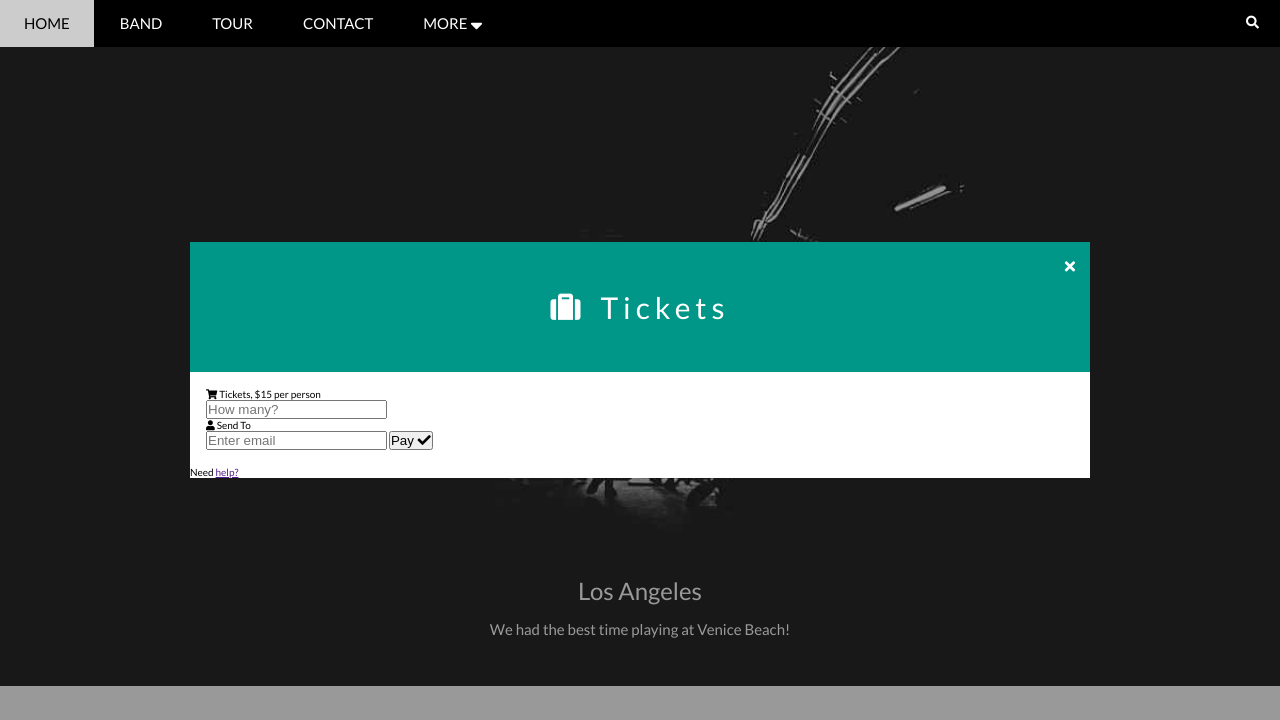
Repository: nguyenthaicong265/w3-band
Page: index.html
An editor plug-in stored every save of this project. The page is shown before and after the next save, followed by the edit.
The browser window is 1280 px wide. The pictures show the window.
A layer covers the whole window, so only the first screen is drawn.

Above is the page before, as saved 2022-01-03 11:57:18.

### index.html
<!DOCTYPE html>
<html lang="en">
<head>
    <meta charset="UTF-8">
    <meta http-equiv="X-UA-Compatible" content="IE=edge">
    <meta name="viewport" content="width=device-width, initial-scale=1.0">
    <title>Document</title>
    <link rel="stylesheet" href="./assets/css/styles.css">
    <link rel="stylesheet" href="https://fonts.googleapis.com/css?family=Lato">
    <link rel="stylesheet" href="./assets/font/themify-icons-font/themify-icons/themify-icons.css">
    <link rel="stylesheet" href="./assets/font/fontawesome-free-5.15.4-web/css/all.css">
</head>
<body>
    <div id="main">
        <div id="header">
            <ul id="nav">
                <li><a href="">Home</a></li>
                <li><a href="">Band</a></li>
                <li><a href="">Tour</a></li>
                <li><a href="">Contact</a></li>
                <li>
                    <a href="#">
                        More
                        <i class="fas fa-sort-down"></i>
                    </a>
                    <ul class="subnav">
                        <li><a href="#">Merchandise</a></li>
                        <li><a href="#">Extras</a></li>
                        <li><a href="#">Media</a></li>
                    </ul>
                </li>
            </ul>
            <div class="search-button">
                <i class="fas fa-search text-white"></i>
            </div>
        </div>

        <div id="slider">
            <div class="text-content text-white">
                <h2 class="text-head">Los Angeles
                </h2>
                <div class="text-description">We had the best time playing at Venice Beach!
                </div>
            </div>
        </div>

        <div id="content">
            <!-- About-section -->
            <div class="band-section">
                <div class="content-section">
                    <h2 class="section-heading">
                    THE BAND
                    </h2>
                    <p class="section-sub-heading">
                    We love music
                    </p>
                    <p class="about-text">We have created a fictional band website. Lorem ipsum dolor sit amet, consectetur adipiscing elit, sed do eiusmod tempor incididunt ut labore et dolore magna aliqua. Ut enim ad minim veniam, quis nostrud exercitation ullamco laboris nisi ut aliquip ex ea commodo consequat. Duis aute irure dolor in reprehenderit in voluptate velit esse cillum dolore eu fugiat nulla pariatur. Excepteur sint occaecat cupidatat non proident, sunt in culpa qui officia deserunt mollit anim id est laborum consectetur adipiscing elit, sed do eiusmod tempor incididunt ut labore et dolore magna aliqua. Ut enim ad minim veniam, quis nostrud exercitation ullamco laboris nisi ut aliquip ex ea commodo consequat.
                    </p>

                    <!-- Member -->
                    <div class="members-list">
                        <div class="member-item">
                            <p class="member-name">Name</p>
                            <img src="./assets/img/band/member1.jpg" alt="Name" class="member-avatar">
                        </div>

                        <div class="member-item">
                            <p class="member-name">Name</p>
                            <img src="./assets/img/band/member1.jpg" alt="Name" class="member-avatar">
                        </div>

                        <div class="member-item">
                            <p class="member-name">Name</p>
                            <img src="./assets/img/band/member1.jpg" alt="Name" class="member-avatar">
                        </div>
                    </div>
                </div>
            </div>

            <!-- Tour-section -->
            <div class="tour-section">
                <div class="content-section">
                    <h2 class="section-heading text-white">
                    TOUR DATES
                    </h2>
                    <p class="section-sub-heading text-white">
                    Remember to book your tickets!
                    </p>

                    <!-- Tickets  -->
                    <ul class="tickets-list">
                        <li>September <span class="sold-out text-white">Sold out</span></li>
                        <li>October <span class="sold-out text-white">Sold out</span></li>
                        <li>November <span class="quantity text-white">3</span></li>
                    </ul>

                    <!-- Places -->
                    <div class="places-list">
                        <div class="places-item">
                            <img src="./assets/img/places/newyork.jpg" alt="New York" class="place-img">
                            <div class="place-body">
                                <h3 class="place-heading">
                                    New York
                                </h3>
                                <p class="place-time">
                                    Fri 27 Nov 2016
                                </p>
                                <p class="place-dsc">
                                    Praesent tincidunt sed tellus ut rutrum sed vitae justo.
                                </p>
                                <a href="#" class="place-buy-ticket">Buy Tickets</a>
                            </div>
                        </div>

                        <div class="places-item">
                            <img src="./assets/img/places/paris.jpg" alt="Paris" class="place-img">
                            <div class="place-body">
                                <h3 class="place-heading">
                                    Paris
                                </h3>
                                <p class="place-time">
                                    Sat 28 Nov 2016
                                </p>
                                <p class="place-dsc">
                                    Praesent tincidunt sed tellus ut rutrum sed vitae justo.
                                </p>
                                <a href="#" class="place-buy-ticket">Buy Tickets</a>
                            </div>
                        </div>

                        <div class="places-item">
                            <img src="./assets/img/places/sanfran.jpg" alt="San Francisco" class="place-img">
                            <div class="place-body">
                                <h3 class="place-heading">
                                    San Francisco
                                </h3>
                                <p class="place-time">
                                    Sun 29 Nov 2016
                                </p>
                                <p class="place-dsc">
                                    Praesent tincidunt sed tellus ut rutrum sed vitae justo.
                                </p>
                                <a href="#" class="place-buy-ticket">Buy Tickets</a>
                            </div>
                        </div>
                    </div>
                </div>
            </div>

            <!-- Contact-section -->
            <div class="contact-section">
                <div class="content-section">
                    <h2 class="section-heading">
                    CONTACT</h2>
                    <p class="section-sub-heading">
                    Fan? Drop a note!</p>
                    <div class="contact-information">
                        <div class="contact-location">
                            <i class="fas fa-map-marker-alt"></i>
                            <p class="location">Chicago, US</p>
                        </div>
                        <div class="contact-phone">
                            <i class="fas fa-phone-alt"></i>
                            <p class="phone">Phone: +00 151515</p>
                        </div>
                        <div class="contact-email">
                            <i class="fas fa-envelope"></i>
                            <p class="email">Email: mail@mail.com</p>
                        </div>
                    </div>
                    <div class="fill-information">
                        <form action="" class="form-information">
                            <input type="text" class="fill-name" placeholder="Name" required name="Name">
                            <input type="text" class="fill-email" placeholder="Email" required name="Email">
                            <input type="text" class="fill-message" placeholder="Message"
                            required name="Message">
                            <button class="button-send" type="submit">SEND</button>
                        </form>
                    </div>
                </div>
            </div>
        </div>

        <div id="footer">

        </div>
    </div>
    <div class="modal">
         <div class="modal-contaner">
             <div class="modal-close">
                <i class="fas fa-times"></i>
             </div>

             <div class="modal-header text-white">
                <i class="fas fa-suitcase"></i> Tickets
             </div>

             <div class="modal-body">
                <label for="" class="modal-label">
                    <i class="fas fa-shopping-cart"></i>
                    Tickets, $15 per person
                 </label>
                 <input type="text" class="modal-input" placeholder="How many?">

                 <label for="" class="modal-label">
                    <i class="fas fa-user"></i>
                    Send To
                 </label>
                 <input type="text" class="modal-input" placeholder="Enter email">

                <button id="buy-ticket">
                    Pay
                    <i class="fas fa-check"></i>
                </button>
             </div>

             <div class="modal-footer">
                 <p class="modal-help">
                     Need <a href="">help?</a>
                 </p>
             </div>
         </div>
    </div>
</body>
</html>

### assets/css/styles.css
/* Reset CSS */
* {
    padding: 0;
    margin: 0;
    box-sizing: border-box;
}

html {
    font-family: "Lato", sans-serif;
    font-size: 62.5%;
}

.text-white {
    color: #ffff !important;
}

#main {

}

#header {
    position: fixed;
    top: 0;
    left: 0;
    right: 0;
    height: 46.5px;
    background-color: #000000;
    z-index: 1;
}

#header .search-button {
    float: right;
    padding: 0 21px;
}

#header .search-button:hover {
    cursor: pointer;
    background-color: #f44336!important;
}

#header .fa-search {
    font-size: 13px;
    line-height: 46px;
}

#nav, .subnav {
    display: inline-block;
    list-style-type: none;
}

#nav > li {
    display: inline-block;
}

#nav li {
    position: relative;
}

#nav > li > a {
    color: #ffffff;
    text-transform: uppercase;
}

#nav li a {
    text-decoration: none;
    line-height: 46.5px;
    padding: 0px 24px;
    font-size: 1.5rem;
    display: block;
}

#nav .fa-sort-down {
    font-size: 20px;
}

#nav li:hover .subnav {
    display: block;

}

#nav > li:hover > a,
#nav .subnav li:hover a {
    color: #000 !important;
    background-color: #ccc !important;
}

#nav .subnav {
    display: none;
    position: absolute;
    min-width: 160px;
    top: 46.5px;
    background-color: #ffffff;
    box-shadow: 0 0 10px rgba(0, 0, 0, 0.3);
}

#nav .subnav a {
    color: #000;
    padding: 0 12px;
    line-height: 38px;
}

#slider {
    position: relative;
    margin-top: 46px;
    padding-top: 50%;
    background: url(/assets/img/slider/slider1.jpg) top center / cover no-repeat;
}

#slider .text-content {
    position: absolute;
    bottom: 48px;
    width: 100%;
    text-align: center;
}

#slider .text-head {
    font-weight: 100;
    font-size: 24px;
    margin-bottom: 10px;
}
#slider .text-description {
    font-size: 15px;
    margin-top: 15px;
}

#content {
}

#content .content-section {
    width: 800px;
    padding: 64px 16px ;
    margin-left: auto;
    margin-right: auto;
}

#content .section-heading {
    font-size: 30px;
    font-weight: 400;
    letter-spacing: 4px;
    text-align: center;
}

#content .section-sub-heading {
    font-size: 15px;
    font-style: italic;
    text-align: center;
    opacity: 0.6;
    margin-top: 25px;
}

#content .about-text {
    text-align: justify;
    font-size: 15px;
    margin-top: 25px;
    line-height: 1.4;
}

#content .members-list {
    margin-top: 48px;
    overflow: hidden;
    padding-top: 32px !important;
    padding-bottom: 32px !important;
}

#content .member-item {
    float: left;
    width: 33.333333%;
    text-align: center;
}

#content .member-name {
    font-size: 15px;


}

#content .member-avatar {
    width: 60%;
    margin-top: 15px;
    border-radius: 4px;
}

.tour-section {
    background-color: #000;
    width: 100%;
}

.tickets-list {
    background-color: #ffffff;
    margin-top: 40px;
    list-style-type: none;
}

.tickets-list li {
    font-size: 15px;
    padding: 11px 16px;
    border-bottom: 1px solid #dddd;
    color: #757575;
}

.tickets-list .sold-out {
    background-color: #f44336!important;
    padding: 2px 7px;
    margin-left: 16px;
}

.tickets-list .quantity {
    float: right;
    width: 24px;
    height: 24px;
    background-color: #000;
    border-radius: 50%;
    line-height: 24px;
    text-align: center;
    margin-top: -3px;
}

.places-list {
    margin: 32px -8px 0px;
    overflow: hidden;
    padding-bottom: 48px;
}

.places-item {
    float: left;
    width: 33.33333%;
    padding: 0 8px;

}

.place-img {
    display: block;
    width: 100%;
}

.place-img:hover {
    opacity: 0.6;
}

.place-body {
    background-color: #ffff;
    padding: 16px;
}

.place-heading {
    font-size: 15px;
    font-weight: bolder;
    margin-bottom: 15px;
}

.place-time {
    font-size: 15px;
    opacity: 0.6;
    margin-bottom: 15px;
}

.place-dsc {
    font-size: 15px;
    margin-bottom: 15px;
}

.place-buy-ticket {
    display: inline-block;
    font-size: 15px;
    color: #ffff;
    background-color: #000;
    text-decoration: none;
    padding: 8px 16px;
    margin-top: 16px;
}

.place-buy-ticket:hover {
    color: #000;
    background-color: #ccc;
}

.contact-section {
    background-color: #fff;
    width: 100%;

}

.contact-information {
    float: left;
    width: 49.99999%;
    margin-bottom: 16px;
    overflow: hidden;
}

.fas {
    display: inline-block;
}

.contact-location {

}


.contact-phone {

}

.fill-information {
    width: 49.99999%;
}
#footer {

}

.modal {
    position: fixed;
    top: 0;
    right: 0;
    bottom: 0;
    left: 0;
    background: rgba(0, 0, 0, 0.4);
    display: flex;
    align-items: center;
    justify-content: center;
}

.modal-contaner {
    background: #fff;
    width: 900px;
    min-height: 200px;
    position: relative;
}

.modal-close {
    position: absolute;
    right: 0;
    top: 0;
    padding: 15px;
    cursor: pointer;
    color: #fff;
    font-size: 15px;
}

.modal-close:hover {
    background-color: #fff;
    color: #000;
}

.modal-header {
    background-color: #009688;
    height: 130px;
    display: flex;
    align-items: center;
    justify-content: center;
    font-size: 30px;
    letter-spacing: 5px;
}

.modal-header .fa-suitcase {
    margin-right: 15px;
}

.modal-body {
    padding: 16px;

}

.modal-body .modal-label {
    display: block;
}

Loaded but not shown: assets/font/themify-icons-font/themify-icons/themify-icons.css (common file); assets/font/fontawesome-free-5.15.4-web/css/all.css (library)

After the next save:
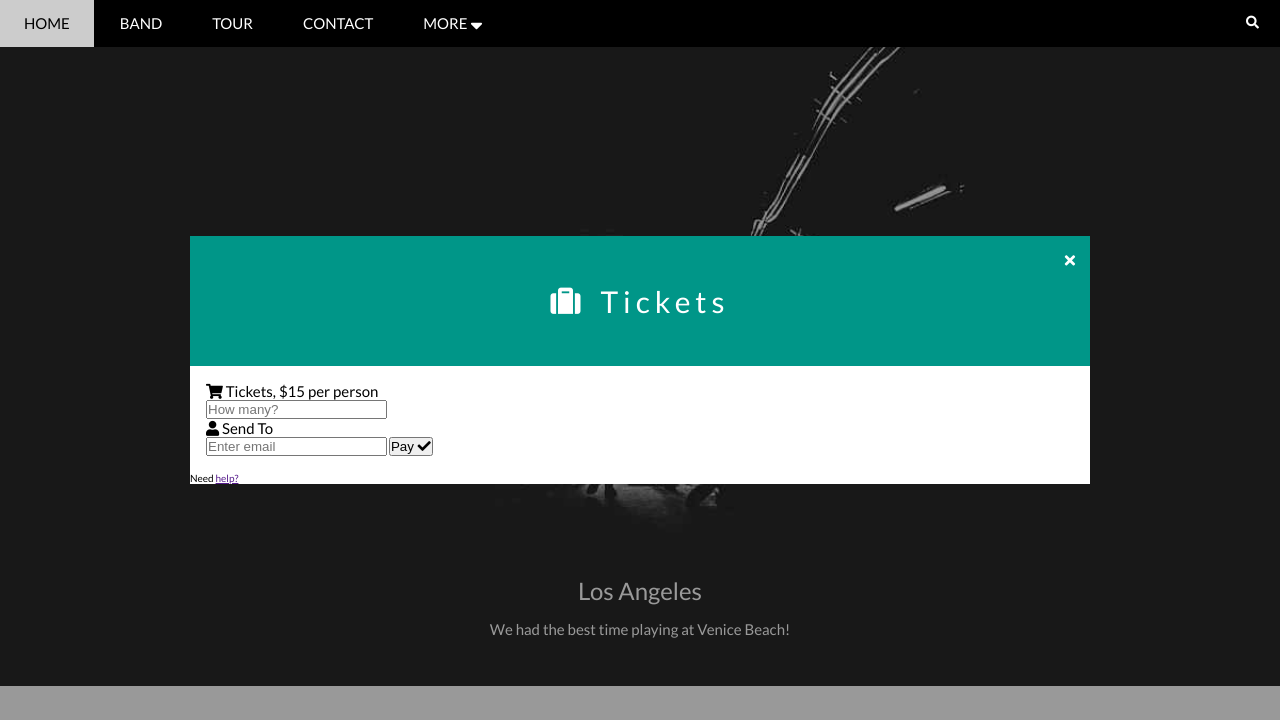
Saved 31 s later.
--- a/assets/css/styles.css
+++ b/assets/css/styles.css
@@ -362,4 +362,6 @@
 
 .modal-body .modal-label {
     display: block;
-}
+    font-size: 15px;
+
+}
